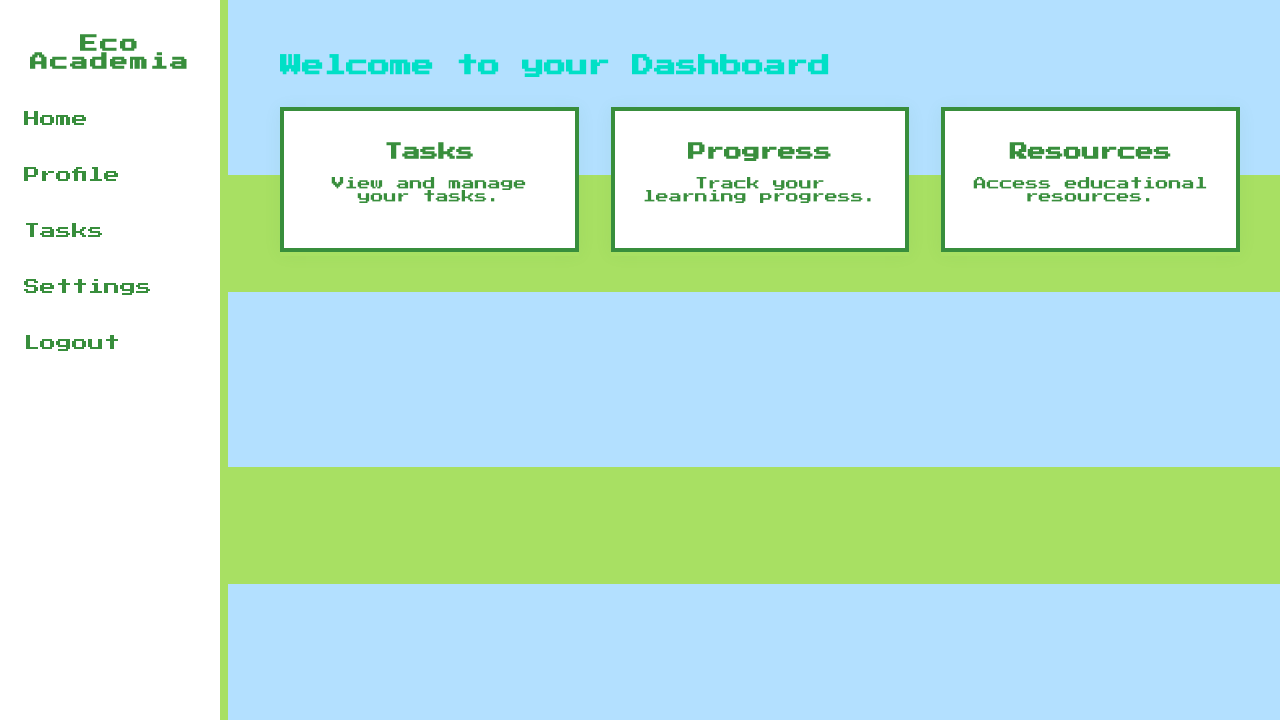
Repository: hotaruhshs/eco-academia
Page: dashboard/index.html
The author's editor kept a copy of each file at every save. The page is drawn from the files as they stood at one save, then again after the next save.
The browser window is 1280 px wide. The pictures show the whole page.

Above is the page before, as saved 2025-07-06 01:31:50.

After the next save:
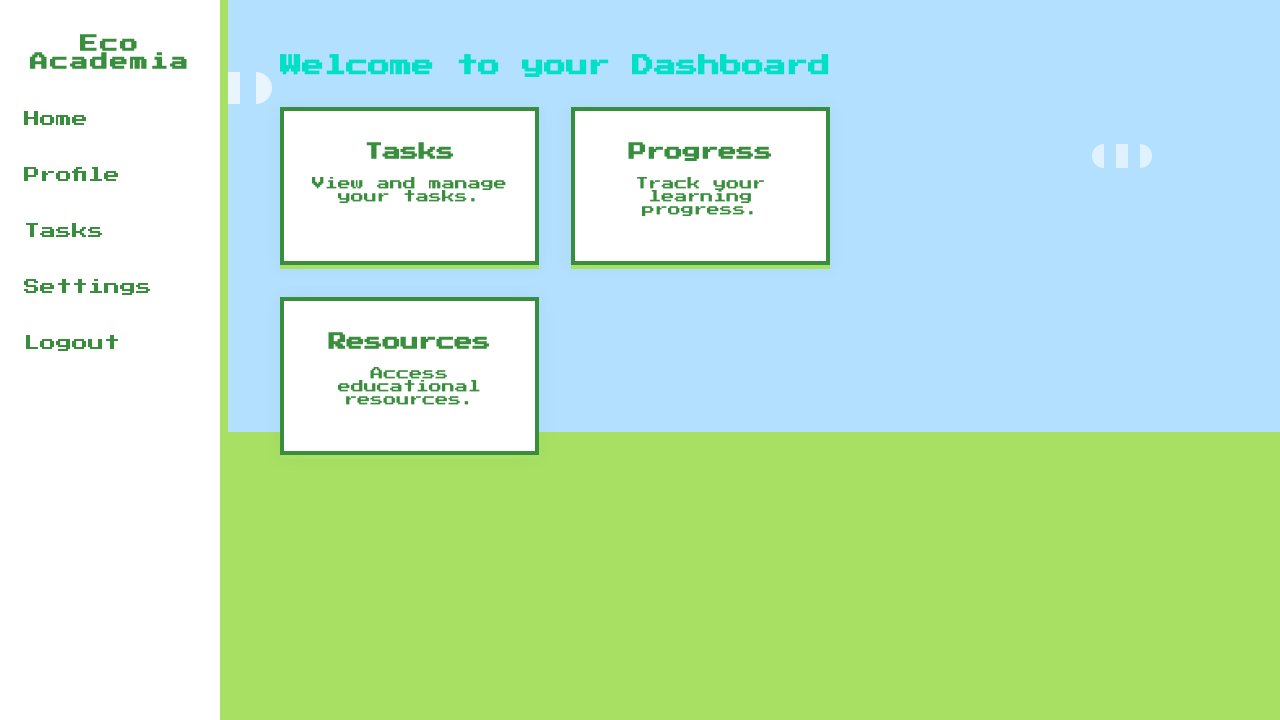
Saved 33 s later.
--- a/dashboard/css/dashboard.css
+++ b/dashboard/css/dashboard.css
@@ -3,6 +3,45 @@ body {
   font-family: "Press Start 2P", "Segoe UI", Tahoma, Geneva, Verdana, sans-serif;
   background: linear-gradient(to bottom, #b3e0ff 0 60%, #a8e063 60% 100%);
   color: #23272e;
+  min-height: 100vh;
+  position: relative;
+  display: flex;
+  align-items: flex-start;
+  justify-content: flex-start;
+}
+body::before {
+  content: "";
+  position: absolute;
+  top: 10%;
+  left: 15%;
+  width: 80px;
+  height: 32px;
+  background: repeating-linear-gradient(
+    90deg,
+    #fff 0 16px,
+    transparent 16px 32px
+  );
+  opacity: 0.7;
+  border-radius: 16px;
+  filter: blur(0.5px);
+  z-index: 0;
+}
+body::after {
+  content: "";
+  position: absolute;
+  top: 20%;
+  right: 10%;
+  width: 60px;
+  height: 24px;
+  background: repeating-linear-gradient(
+    90deg,
+    #fff 0 12px,
+    transparent 12px 24px
+  );
+  opacity: 0.6;
+  border-radius: 12px;
+  filter: blur(0.5px);
+  z-index: 0;
 }
 @import url("https://fonts.googleapis.com/css2?family=Press+Start+2P&display=swap");
 
